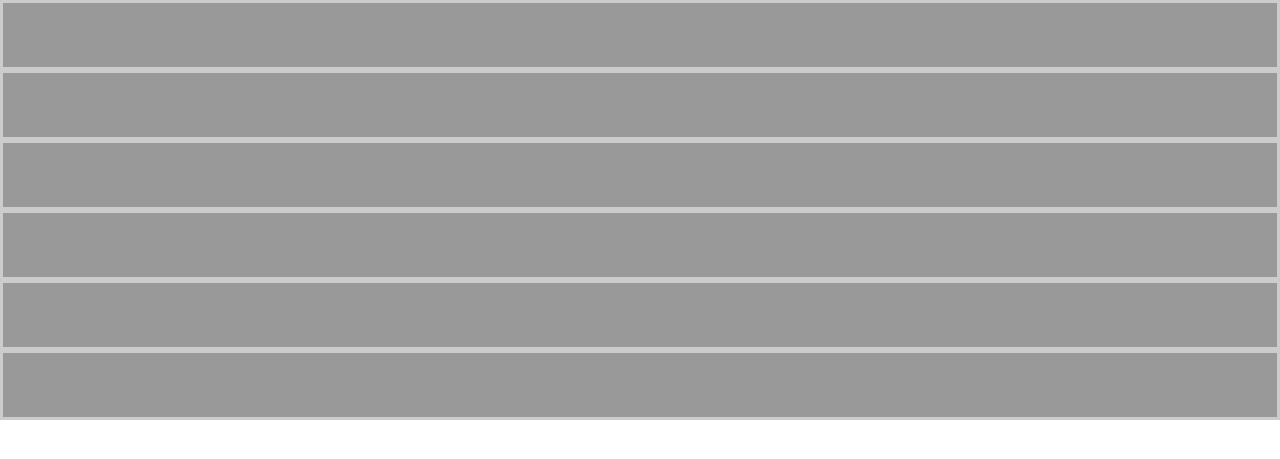
Repository: AlexBCIT/metrolicspractice
Page: index.html
The author's editor kept a copy of each file at every save. The page is drawn from the files as they stood at one save, then again after the next save.
The browser window is 1280 px wide. The pictures show the whole page.

Above is the page before, as saved 2021-01-29 10:17:46.

After the next save:
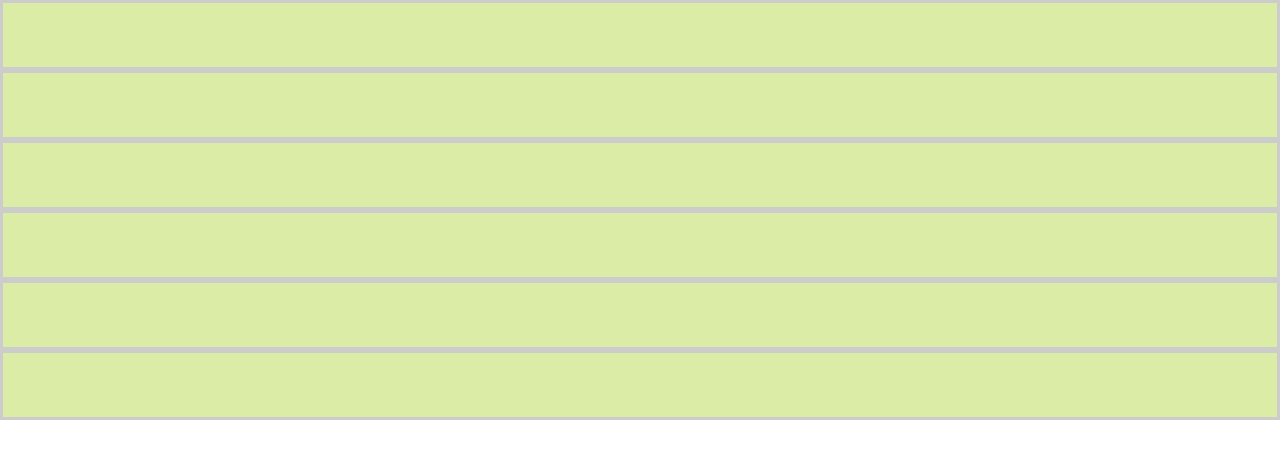
Saved 22 s later.
--- a/css/main.css
+++ b/css/main.css
@@ -106,7 +106,7 @@
 }
 
 .column {
-    background-color: #999;
+    background-color: rgb(218, 236, 166);
 }
 
 
